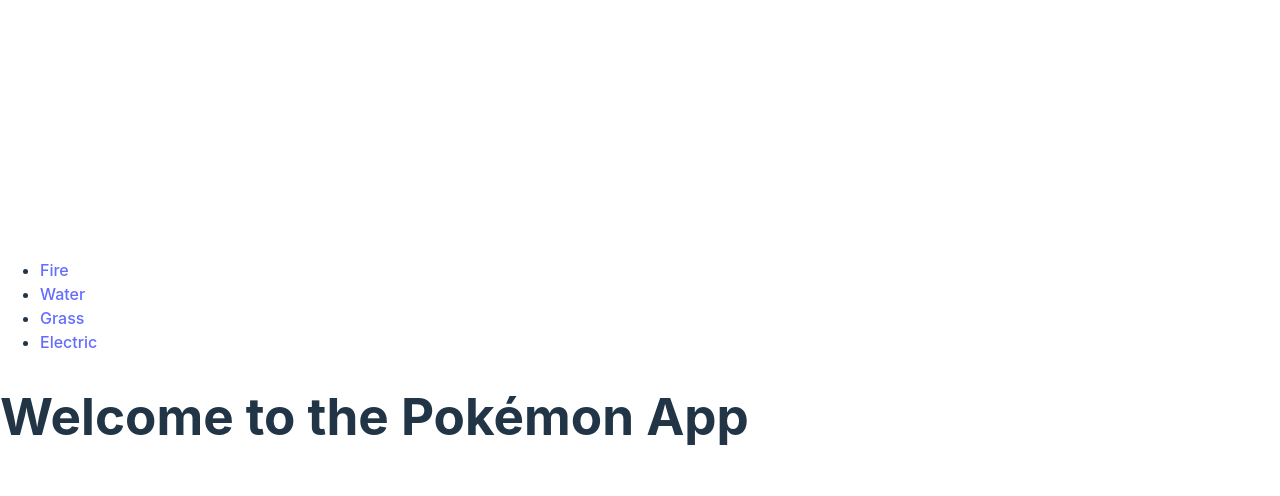
Repository: AdilGHAZAL/react-pokemon-app
Page: /
These files come from the project's save history. The page is drawn as it stood at one moment and after the next save; the edit follows.
The browser window is 1280 px wide. The pictures show the whole page.
The project was rebuilt for these pictures with package versions that can differ from the ones it lists, and the page was loaded fresh each time. Also part of the build but not shown: vite.config.ts, src/components/PokemonList.tsx, src/pages/PokemonCategoryPage.tsx.

Above is the page before, as saved 2024-10-21 04:40:51.

After the next save:
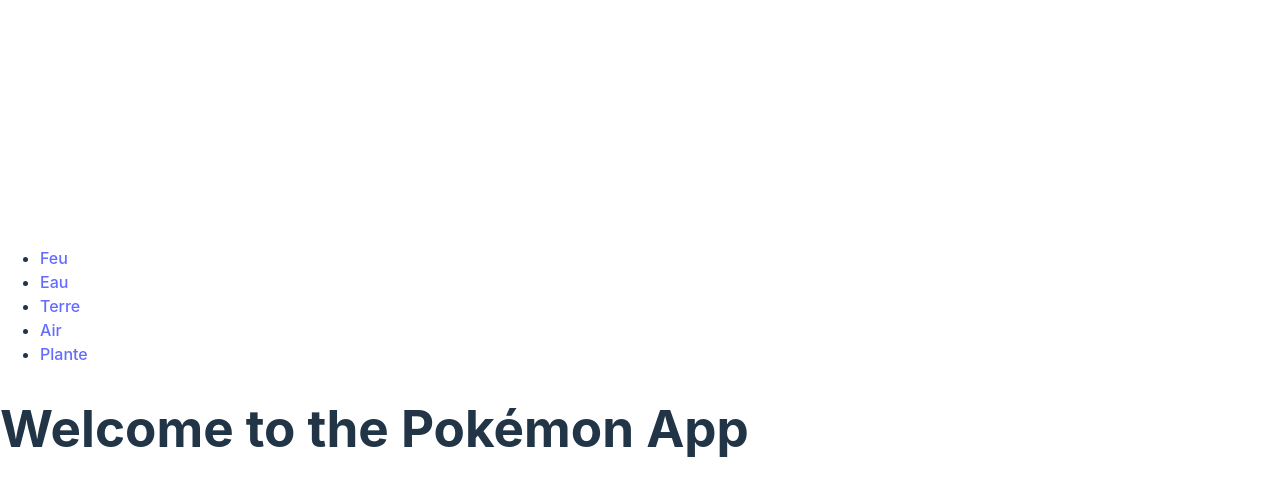
Saved 53 s later.
--- a/src/components/Navbar.tsx
+++ b/src/components/Navbar.tsx
@@ -4,10 +4,11 @@
   return (
     <nav>
       <ul>
-        <li><NavLink to="/category/fire">Fire</NavLink></li>
-        <li><NavLink to="/category/water">Water</NavLink></li>
-        <li><NavLink to="/category/grass">Grass</NavLink></li>
-        <li><NavLink to="/category/electric">Electric</NavLink></li>
+        <li><NavLink to="/category/fire">Feu</NavLink></li>
+        <li><NavLink to="/category/water">Eau</NavLink></li>
+        <li><NavLink to="/category/earth">Terre</NavLink></li>
+        <li><NavLink to="/category/air">Air</NavLink></li>
+        <li><NavLink to="/category/plant">Plante</NavLink></li>
       </ul>
     </nav>
   );
